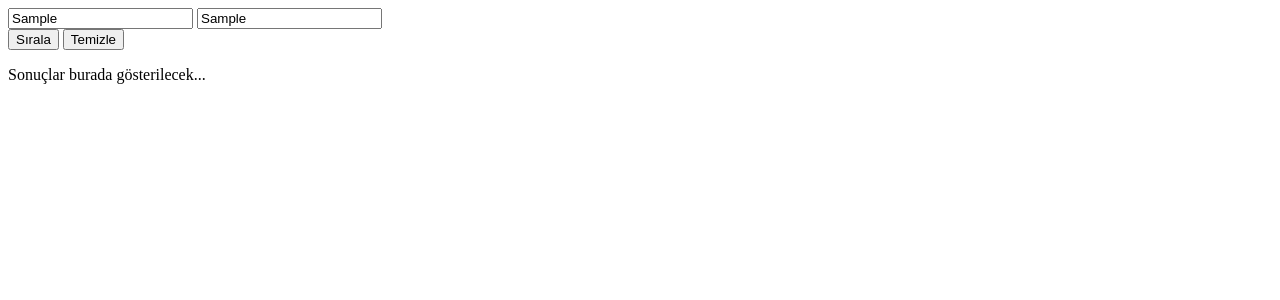
Repository: akifkerimgunsal/exercises-from-csharp-js-and-sqlqueries
Page: Javascript Beginner Exercises/2-ikiliSiralama/public/siralama.html
The author's editor kept a copy of each file at every save. The page is drawn from the files as they stood at one save, then again after the next save.
The browser window is 1280 px wide. The pictures show the whole page.
Empty fields were first filled with sample values (such as "Sample", 5 or name@example.com).
After loading, the first visible `button[onclick="temizle()"]` was clicked once.

Above is the page before, as saved 2024-02-11 12:35:32.
Console error: TypeError: Cannot set properties of null (setting 'value')

### Javascript Beginner Exercises/2-ikiliSiralama/public/siralama.html
<!DOCTYPE html>
<html>
<head>
	<meta charset="UTF-8">
	<title>İkili Sıralama</title>
	<script type="text/javascript" src="siralama.js"></script>
</head>
<body>
	<input id="input1" type="text" >
	<input id="input2" type="text" > <br>
	<button type="button" onclick="sirala()"> Sırala</button>
	<button type="button" onclick="temizle()"> Temizle</button>
	<p id="p1"> Sonuçlar burada gösterilecek...</p>
</body>
</html>

### Javascript Beginner Exercises/2-ikiliSiralama/public/siralama.js
/**
 *
 */

 function sirala() {
	 var birinciSayi=+document.getElementById("input1").value;
	 var ikinciSayi=+document.getElementById("input2").value;
	 var gecici = "";

	 if(birinciSayi > ikinciSayi){
		 gecici = birinciSayi + " > " + ikinciSayi;
	 }
	 else
	 	gecici = ikinciSayi + " > " + birinciSayi;

	 document.getElementById("p1").innerHTML = gecici;
 }

 function temizle(){
	 alert("sa");
	 document.getElementById(input1).value = "";
	 document.getElementById(input2).value = "";
	 document.getElementById("p1").innerHTML = "Sonuçlar burada gösterilecek...";
 }

After the next save:
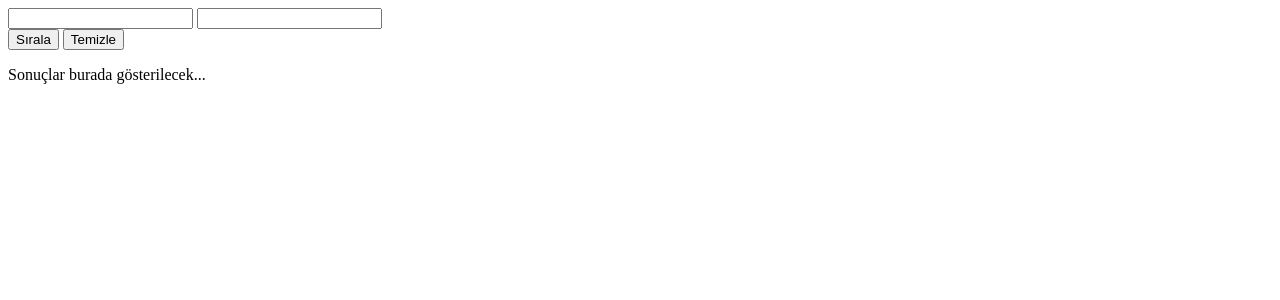
The error is gone.
Saved 62 s later.
--- a/Javascript Beginner Exercises/2-ikiliSiralama/public/siralama.js
+++ b/Javascript Beginner Exercises/2-ikiliSiralama/public/siralama.js
@@ -18,7 +18,7 @@
 
  function temizle(){
 	 alert("sa");
-	 document.getElementById(input1).value = "";
-	 document.getElementById(input2).value = "";
+	 document.getElementById("input1").value = " ";
+	 document.getElementById("input2").value = " ";
 	 document.getElementById("p1").innerHTML = "Sonuçlar burada gösterilecek...";
  }
